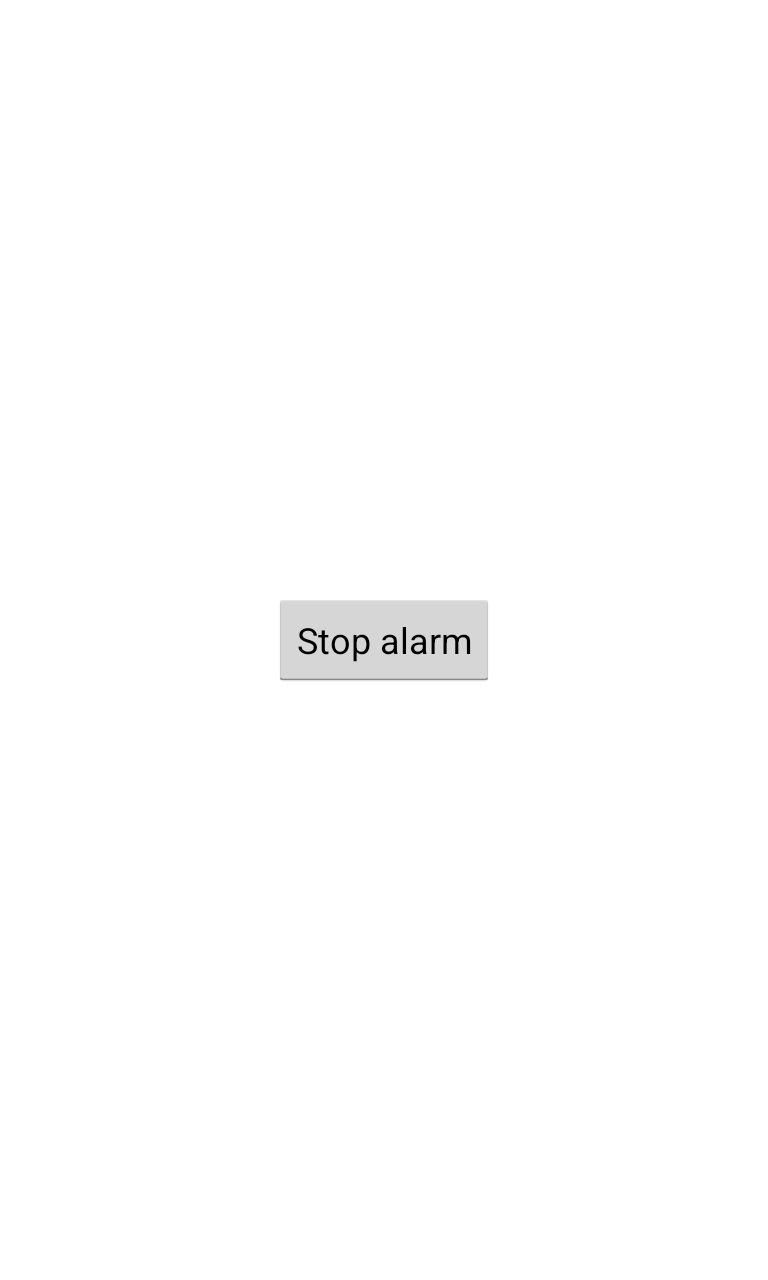
Repository: me222rs/AndroidLaboration2
Layout: StorageAndServices/res/layout/alarm.xml
These files come from the project's save history. The layout is drawn as it stood at one moment and after the next save; the edit follows.
It is drawn on a 768 x 1280 px phone screen (xhdpi) without system bars, with theme AppTheme; the app's code is not run.

Above is the layout before, as saved 2014-12-11 09:22:25.

After the next save:
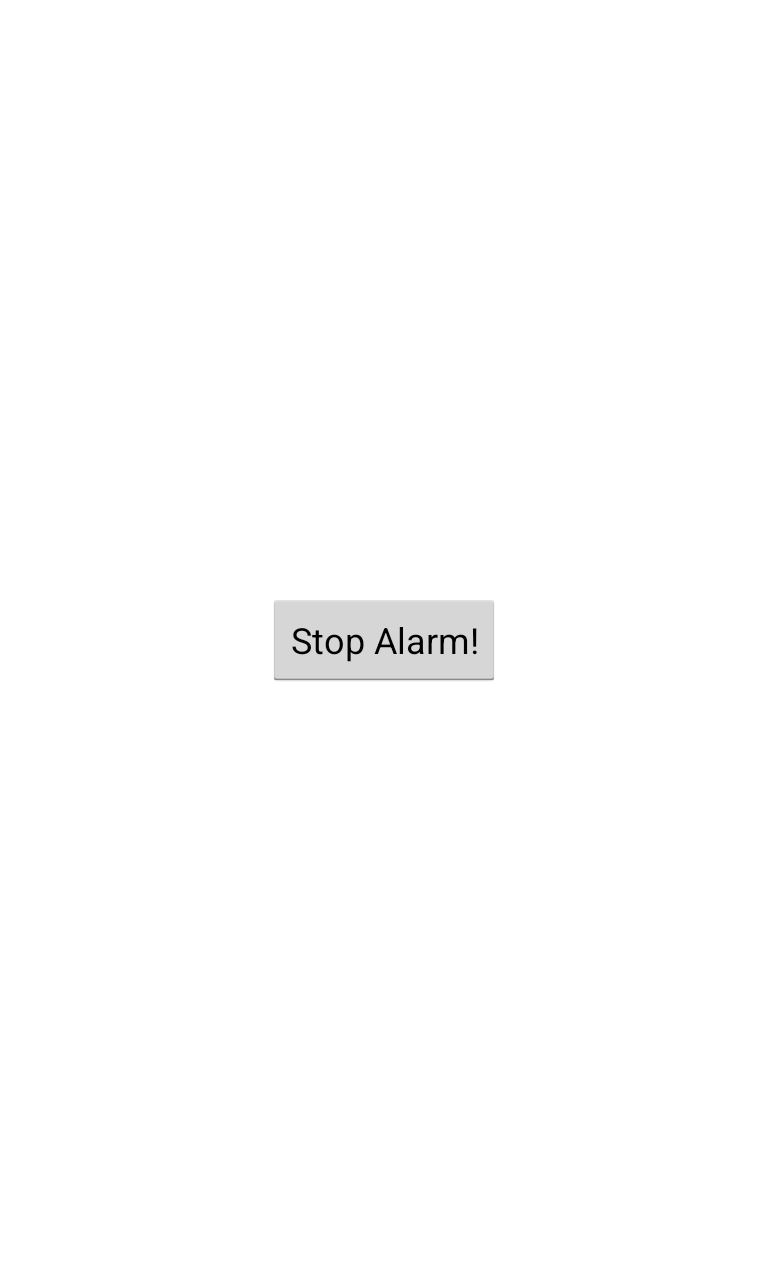
Saved 10 min 21 s later.
--- a/StorageAndServices/res/layout/alarm.xml
+++ b/StorageAndServices/res/layout/alarm.xml
@@ -14,6 +14,6 @@
         android:layout_height="wrap_content"
         android:layout_centerInParent="true"
         android:onClick="onClick"
-        android:text="Stop alarm" />
+        android:text="@string/title_activity_stop_alarm" />
 
 </RelativeLayout>
